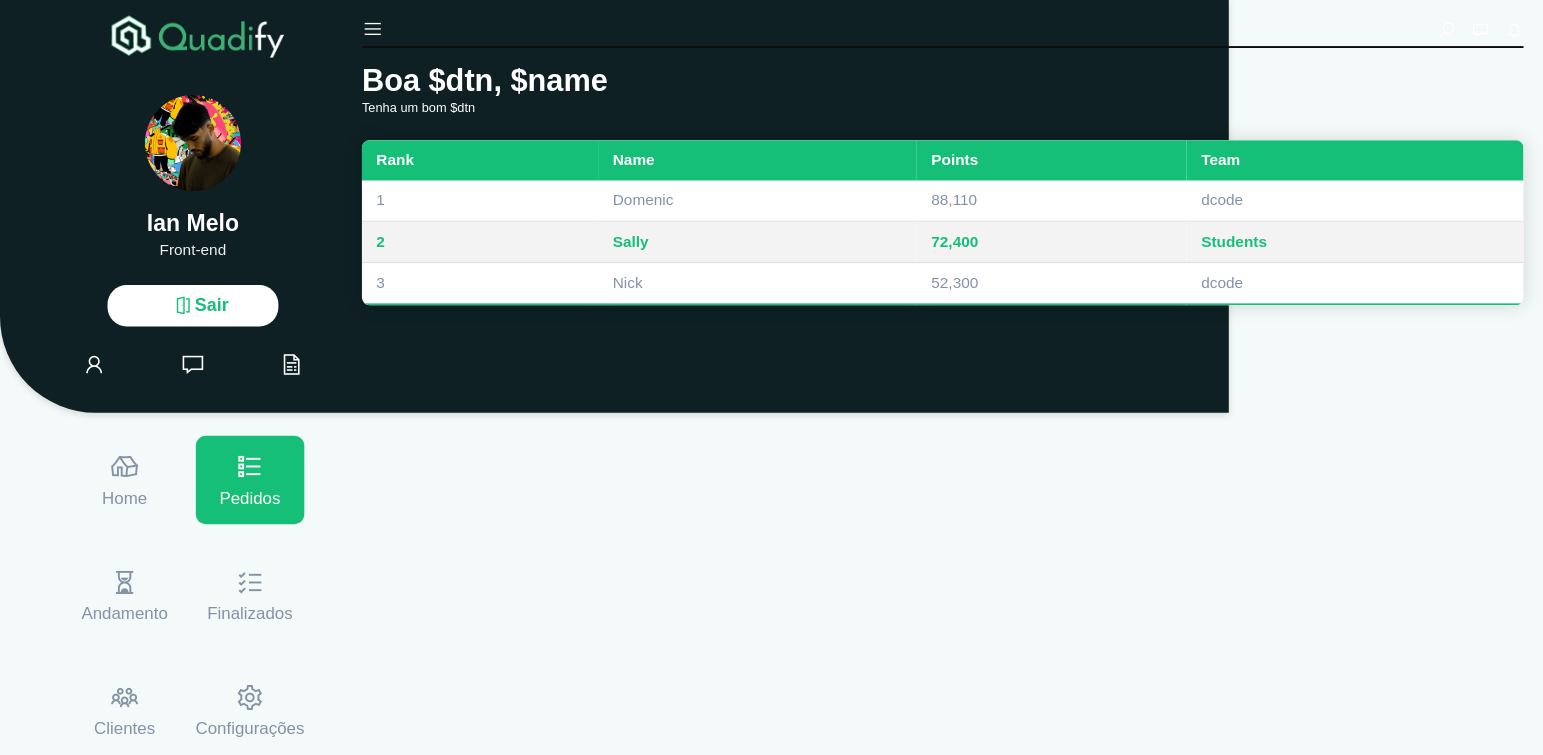
Repository: ichumbo/StarkDashboard
Page: pedidos.html
An editor plug-in stored every save of this project. The page is shown before and after the next save, followed by the edit.
The browser window is 1280 px wide. The page is 1607 px wide, so the pictures cover 1607 px, including what lies to the right of the window. The pictures show the whole page, at 96% of full size.

Above is the page before, as saved 2023-06-14 13:57:24.

### pedidos.html
<!DOCTYPE html>
<html lang="pt-br">
<head>

    <meta charset="UTF-8">
    <meta http-equiv="X-UA-Compatible" content="IE=edge">
    <meta name="viewport" content="width=device-width, initial-scale=1.0">
    <title>Quadify</title>
    <!--CSS-->
    <link rel="stylesheet" href="css/style.css">
    <!--Icons-->
    <link rel="stylesheet" href="https://maxst.icons8.com/vue-static/landings/line-awesome/font-awesome-line-awesome/css/all.min.css">
    <link rel="stylesheet" href="https://maxst.icons8.com/vue-static/landings/line-awesome/line-awesome/1.3.0/css/line-awesome.min.css">

</head>
<body>
<!-------------------------------------------------Perfil------------------------------------------------------>
    <div class="page-wrapper">
        <input type="checkbox" name="" id="menu-toggle">

        <div class="sidebar">
            <div class="brand">
                <img src="./img/icontrue.png" alt="Quadify" class="icon-header">
            </div>

            <div class="profile-card">
                <div class="profile-img">
                    <img src="./img/iconphoto.png" alt="Perfil" class="photo-header">
                </div>
                <div class="profile-info">
                    <h2>Ian Melo</h2>
                    <small>Front-end</small>
                </div>
                <div class="profile-action">
                    <a href="login.html" class="btn btn-white">
                        <span class="las la-door-open"></span>
                        <h3>Sair</h3>
                    </a>
                </div>
                <div class="profile-icons">
                    <span class="las la-user"></span>
                    <span class="las la-comment-alt"></span>
                    <span class="las la-file-invoice"></span>
                </div>
            </div>

<!-----------------------------------------------------Menu---------------------------------------------------->

            <div class="sidebar-menu">
                <div class="menu-item">
                    <a href="index.html">
                        <span class="las la-campground"></span>
                        <span>Home</span>
                    </a>
                </div>

                <div class="menu-item">
                    <a href="" class="active">
                        <span class="las la-list"></span>
                        <span>Pedidos</span>
                    </a>
                </div>

                <div class="menu-item">
                    <a href="">
                        <span class="las la-hourglass-half"></span>
                        <span>Andamento</span>
                    </a>
                </div>

                <div class="menu-item">
                    <a href="">
                        <span class="las la-list-alt"></span>
                        <span>Finalizados</span>
                    </a>
                </div>

                <div class="menu-item">
                    <a href="">
                        <span class="las la-users"></span>
                        <span>Clientes</span>
                    </a>
                </div>

                <div class="menu-item">
                    <a href="">
                        <span class="las la-cog"></span>
                        <span>Configurações</span>
                    </a>
                </div>

            </div>
        </div>

<!-------------------------------------------------Header------------------------------------------------------>
        <div class="main-content">
            <header>
                <label for="menu-toggle">
                    <span class="las la-bars"></span>
                </label>

                <div class="head-icons">
                    <span class="las la-search"></span>
                    <span class="las la-comment-alt"></span>
                    <span class="las la-bell"></span>
                </div>
            </header>

<!--------------------------------------------------Main--------------------------------------------------------->
            <main>
                <div class="page-header">
                    <h1>Boa $dtn, $name</h1>
                    <small>Tenha um bom $dtn</small>
                </div>

                <div class="analytics-register">
                    <table class="content-table">
                        <thead>
                            <tr>
                            <th>Rank</th>
                            <th>Name</th>
                            <th>Points</th>
                            <th>Team</th>
                            </tr>
                        </thead>
                        <tbody>
                            <tr>
                            <td>1</td>
                            <td>Domenic</td>
                            <td>88,110</td>
                            <td>dcode</td>
                            </tr>
                            <tr class="active-row">
                            <td>2</td>
                            <td>Sally</td>
                            <td>72,400</td>
                            <td>Students</td>
                            </tr>
                            <tr>
                            <td>3</td>
                            <td>Nick</td>
                            <td>52,300</td>
                            <td>dcode</td>
                            </tr>
                        </tbody>
                        </table>
                </div>

            </main>
        </div>
    </div>

<!----------------------------------------Script------------------------------------------->

</body>
</html>

### css/style.css
@import url(./global.css);
@import url(./color.css);
@import url(./sidebar.css);
@import url(./header.css);
@import url(./main.css);
@import url(./login.css);
@import url(./registro.css);

/*------------------------------------------------------------------------------------------------------------------------------------------*/

#menu-toggle {
    display: none;
}

### css/global.css
@import url('https://fonts.googleapis.com');

* {
    font-family: 'Nunito', sans-serif;
    text-decoration: none;
    list-style-type: none;
    padding: 0;
    margin: 0;
    box-sizing: border-box;
}

body {
    color: var(--main-text);
    background: var(--bg-body);
}

.icon-header {
    width: 200px;
    margin-left: -30px;
    margin-top: 10px;
}

.photo-header {
    width: 100px;

}

.btn {
    border: none;
    outline: none;
    border-radius: 20px;
    padding: .6rem 2rem;
    display: flex;
    align-items: center;
}

.btn-white {
    background: var(--color-white);
}

.btn span {
    font-size: 1.5rem;
    display: inline-block;
    margin-left: .6rem;
}

.page-wrapper {
    width: 93%;
    margin: auto;
    display: flex;
}

.page-wrapper::before {
    content: "";
    width: 100%;
    height: 430px;
    position: absolute;
    left: 0;
    top: 0;
    background: var(--bg-body-dark);
    z-index: -1;
    border-radius: 0px 0px 0px 100px;
    box-shadow: var(--shadow);
}

### css/color.css
:root {
    --color-main: #16BF78;
    --color-secondary: #0A5938;
    --color-3: #16BF78;
    --color-4: #0F0E0E;
    --color-dark: #100F0F;
    --color-dark-secundary: #181823;
    --bg-body-dark: #0E2023;
    --bg-body: #F4F9F9;
    --color-white: #FFFFFF;
    --main-accent: #DC8449;
    --main-text: #8492A6;
    --success: #28A745;
    --danger: #DC3545;
    --shadow: rgba(0, 0, 0, 0.15) 0px 2px 8px;
    --shadow2: 6px 5px 5px rgba(125, 141, 161, 0.3);
}

### css/sidebar.css
.sidebar {
    width: 250px;
    margin-left: 40px;
}

.brand {
    height: 70px;
    display: flex;
    align-items: center;
    padding-left: 3rem;
}

.brand h3 {
    font-size: 1.8rem;
    color: var(--color-white);
}

/*-----------------------------------------------PROFILE----------------------------------------------*/

.profile-card {
    text-align: center;
    margin: 1rem 0rem;
}

.profile-img {
    height: 120px;
    width: 120px;
    border-radius: 50%;
    margin: auto;
    background-size: cover;
    background-repeat: no-repeat;
    margin-top: 1.8rem;
}

.profile-info {
    color: var(--color-white);
}

.profile-info h2 {
    margin-bottom: .3rem;
}

.profile-info small {
    font-size: 1rem;
    color: #EFEFEF;
}

.profile-action {
    margin: 1.7rem;
}

.profile-action span {
    color: var(--color-main);
    margin-left: 35px;
    font-weight: 600;
}

.profile-action a {
    color: var(--color-main);
    font-size: 1rem;
}

.profile-icons {
    display: flex;
    justify-content: space-between;
    align-items: center;
    margin-bottom: 3.8rem;
}

.profile-icons span {
    display: inline-block;
    color: var(--color-white);
    font-size: 1.65rem;
}

/*-----------------------------------------------MENU----------------------------------------------*/

.sidebar-menu {
    display: grid;
    grid-template-columns: repeat(2, 1fr);
    grid-gap: 1.8rem;
}

.menu-item a {
    display: block;
    width: 100%;
    padding: 1rem 0rem;
    border-radius: 10px;
    color: var(--color-white);
    transition: all 300ms ease;
}

.menu-item a span {
    display: block;
    text-align: center;
    color: var(--main-text);
    font-size: 1.1rem;
}

.menu-item a span:first-child {
    font-size: 2rem;
    margin-bottom: .4rem;
}

.menu-item a.active {
    background: var(--color-main);
}

.menu-item a.active span {
    color: var(--color-white);
}

/*-----------------------------------------------Cards----------------------------------------------*/

.sidebar-card {
    padding: 1rem;
    border-radius: 10px;
    background: var(--color-main);
    margin: 2rem 0rem;
    color: var(--color-white);
}

.sidebar-card h3 {
    margin-bottom: 1rem;
    font-size: 1.4rem;
}

.sidebar-card p {
    line-height: 1.9rem;
    margin-bottom: 1rem;
    font-size: .9rem;
    text-align: justify;
}

.sidebar-card a {
    text-align: center;
    font-weight: 600;
    color: var(--main-text);
    display: block;
    font-size: 1.1rem;
}

### css/header.css
.main-content {
    padding: 0 20px 0px 60px;
    flex: 1;
}

header {
    display: flex;
    justify-content: space-between;
    align-items: center;
    height: 50px;
    border-bottom: 2px solid var(--color-4);
    padding-top: 1rem;
    color: var(--color-white)
}

header label {
    display: inline-block;
    font-size: 1.4rem;
}

.head-icons {
    display: flex;
    align-items: center;
}

.head-icons span {
    margin-left: 1rem;
    display: inline-block;
    font-size: 1.2rem;
}

### css/main.css
.page-header {
    color: var(--color-white);
    margin: 1rem 0rem;
}

.analytics-register {

}

.card {
    background: var(--color-white);
    border-radius: 10px;
    box-shadow: var(--shadow);
}

.card-head {
    font-size: 1rem;
    color: var(--color-main);
    font-weight: 600;
    padding: 1rem 2rem;
    border-bottom: 1px solid var(--color-main);
}

.card-body {
    padding: 1.5rem 2rem;
}

.sales-card .card-body {
    padding: .3rem;
}

.card-footer {
    padding: 1rem;
}

.chart-wrapper {
    padding-top: 1rem 0rem;
}

### css/login.css
#login-bg {
    background-color: #1B1F27;
    overflow: hidden;
}


/*--------------------------IMGS------------------------------*/
.wave {
    position: fixed;
    height: 100%;
    left: 0;
    bottom: 0;
    z-index: -1;
}

.stats {
    position: fixed;
    height: 100%;
    left: 145px;
    bottom: 0;
    width: 350px;
}

.icon {
    position: fixed;
    height: 395px;
    left: 150px;
    bottom: 325px;
    width: auto;
}


/*--------------------------FORM-------------------------------*/
.area-login {
    display: flex;
    height: 100vh;
    justify-content: center;
    align-items: center;
}

.login img {
    width: 70px;
    height: auto;
}

.login {
    display: flex;
    flex-direction: column;
    align-items: center;
    background-color: #181920;
    width: 355px;
    height: 355px;
    padding: 25px 35px;
    border-radius: 8px;
    box-shadow: var(--shadow);
    border: 1px solid #16BF78;
    margin-left: 600px;
}

.login form {
    display: flex;
    flex-direction: column;
    width: 100%;
}


/*--------------------------INPUTS-------------------------------*/
.login .input-form {
    margin-top: 10px;
    background-color: #252A34;
    color: #16BF78;
    border: none;
    height: 45px;
    outline: none;
    border-radius: 8px;
    padding-left: 10px;
}

.login .input-form:hover {
    border: 1px solid #16BF78;
}

.login .submit {
    margin-top: 10px;
    background-color: #16BF78;
    color: #1B1F27;
    height: 45px;
    outline: none;
    border-radius: 8px;
    padding-left: 10px;
    border: none;
    font-size: 15px;
    font-weight: 600;
    cursor: pointer;
    transition: all 300ms ease;
}

.login .submit:hover {
    background-color: var(--color-secondary);
    transition: all 300ms ease;
    color: #16BF78;
}

input::placeholder {
    color: #CBD0F7;
    font-size: 14px;
}


/*--------------------------SUB-TEXT-------------------------------*/
.sub-text {
    font-size: 12px;
    margin-top: 25px;
    color: #CBD0F7;
}

.sub-text a {
    color: #16BF78;
}

### css/registro.css
#register-bg {
    background-color: #1B1F27;
    overflow: hidden;
}


/*--------------------------IMGS------------------------------*/
.wave {
    position: fixed;
    height: 100%;
    left: 0;
    bottom: 0;
    z-index: -1;
}

.register-img {
    position: fixed;
    left: 195px;
    bottom: 150px;
    width: 245px;
}

.icon {
    position: fixed;
    height: 395px;
    left: 150px;
    bottom: 325px;
    width: auto;
}


/*--------------------------FORM-------------------------------*/
.area-register {
    display: flex;
    height: 100vh;
    justify-content: center;
    align-items: center;
}

.register img {
    width: 70px;
    height: auto;
}

.register {
    display: flex;
    flex-direction: column;
    align-items: center;
    background-color: #181920;
    width: 355px;
    height: 475px;
    padding: 25px 35px;
    border-radius: 8px;
    box-shadow: var(--shadow);
    border: 1px solid #16BF78;
    margin-left: 600px;
}

.register form {
    display: flex;
    flex-direction: column;
    width: 100%;
}


/*--------------------------INPUTS-------------------------------*/
.register .input-form {
    margin-top: 10px;
    background-color: #252A34;
    color: #16BF78;
    border: none;
    height: 45px;
    outline: none;
    border-radius: 8px;
    padding-left: 10px;
}

.register .input-form:hover {
    border: 1px solid #16BF78;
}

.register .submit {
    margin-top: 10px;
    background-color: #16BF78;
    color: #1B1F27;
    height: 45px;
    outline: none;
    border-radius: 8px;
    padding-left: 10px;
    border: none;
    font-size: 15px;
    font-weight: 600;
    cursor: pointer;
    transition: all 300ms ease;
}

.register .submit:hover {
    background-color: var(--color-secondary);
    transition: all 300ms ease;
    color: #16BF78;
}

input::placeholder {
    color: #CBD0F7;
    font-size: 14px;
}


/*---------------------------SUB-TEXT--------------------------------*/
.sub-text {
    font-size: 12px;
    margin-top: 25px;
    color: #CBD0F7;
}

.sub-text a {
    color: #16BF78;
}


/*----------------------------TABLE---------------------------------*/
.content-table {
    overflow: hidden;
    background-color: var(--color-white);
    border-collapse: collapse;
    width: 1210px;
    margin: 25px 0;
    font-size: 1rem;
    border-radius: 8px;
    box-shadow: 0 0 20px rgba(0, 0, 0, 0.15);
}

.content-table thead tr {
    background-color: var(--color-main);
    color: #ffffff;
    text-align: left;
    font-weight: bold;
}

.content-table th,
.content-table td {
    padding: 12px 15px;
}

.content-table tbody tr {
    border-bottom: 1px solid #dddddd;
}

.content-table tbody tr:nth-of-type(even) {
    background-color: #f3f3f3;
}

.content-table tbody tr:last-of-type {
    border-bottom: 2px solid var(--color-main);
}

.content-table tbody tr.active-row {
    font-weight: bold;
    color: var(--color-main);
}

After the next save:
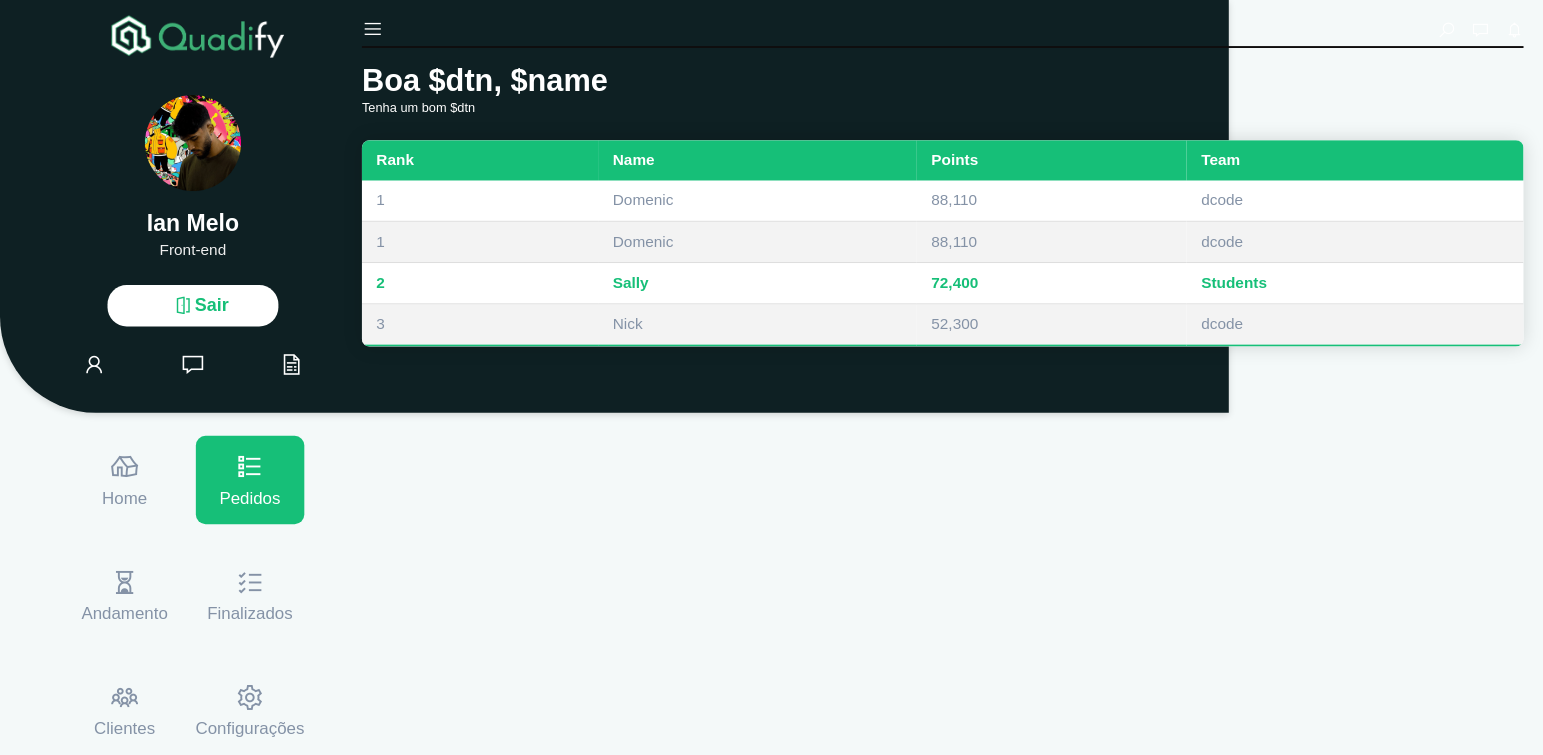
Saved 2 min 27 s later.
--- a/pedidos.html
+++ b/pedidos.html
@@ -130,6 +130,12 @@
                             <td>88,110</td>
                             <td>dcode</td>
                             </tr>
+                            <tr>
+                            <td>1</td>
+                            <td>Domenic</td>
+                            <td>88,110</td>
+                            <td>dcode</td>
+                            </tr>
                             <tr class="active-row">
                             <td>2</td>
                             <td>Sally</td>
